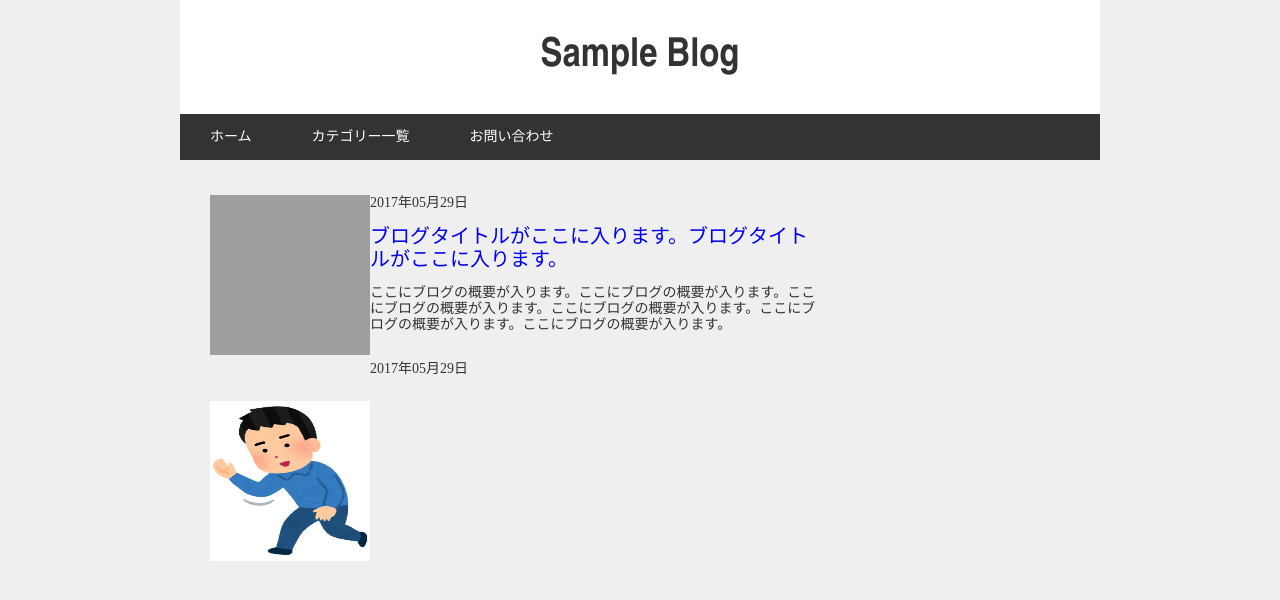
Repository: KogawaLink/-html
Page: html/ouyou/index.html
The author's editor kept a record of every edit. The page is drawn from the files as they stood at one moment, then again after the next edit.
The browser window is 1280 px wide. The pictures show the whole page.
Pictures or frames that could not be fetched are drawn as grey boxes.

Above is the page before.

After the next edit:
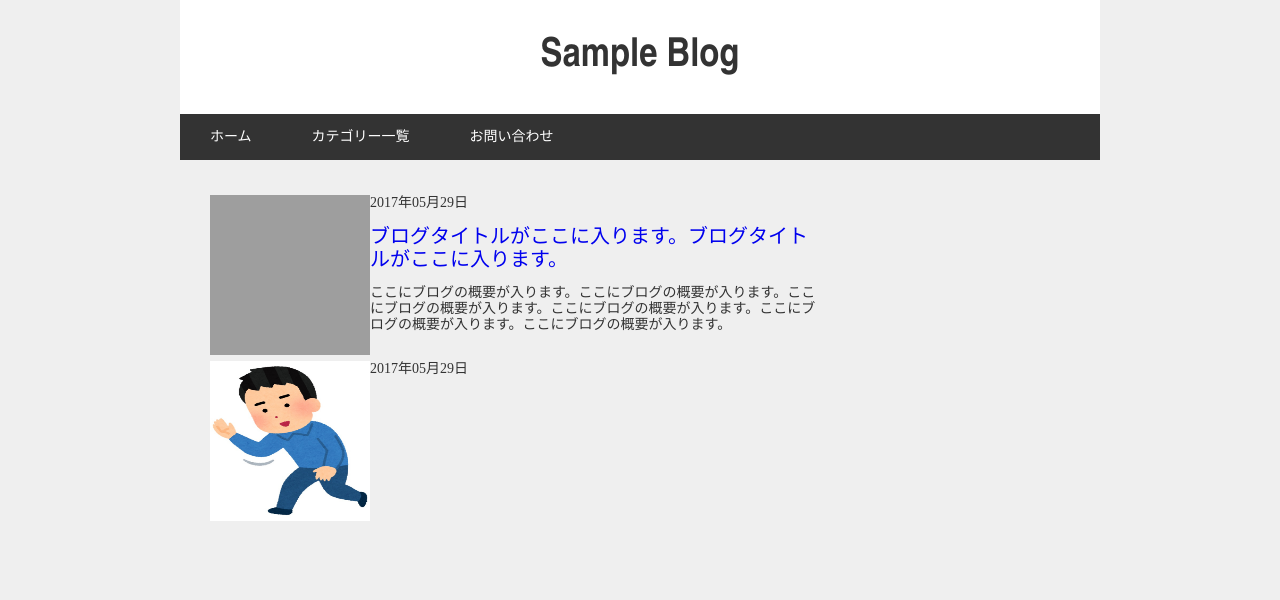
The edit:
--- a/html/ouyou/style.css
+++ b/html/ouyou/style.css
@@ -98,7 +98,6 @@
   display: block;
   width: 160px;
   height: 160px;
-  margin: 40px 0 0 0;
 }
 
 .hiduke2 {

After the 2 edits that followed:
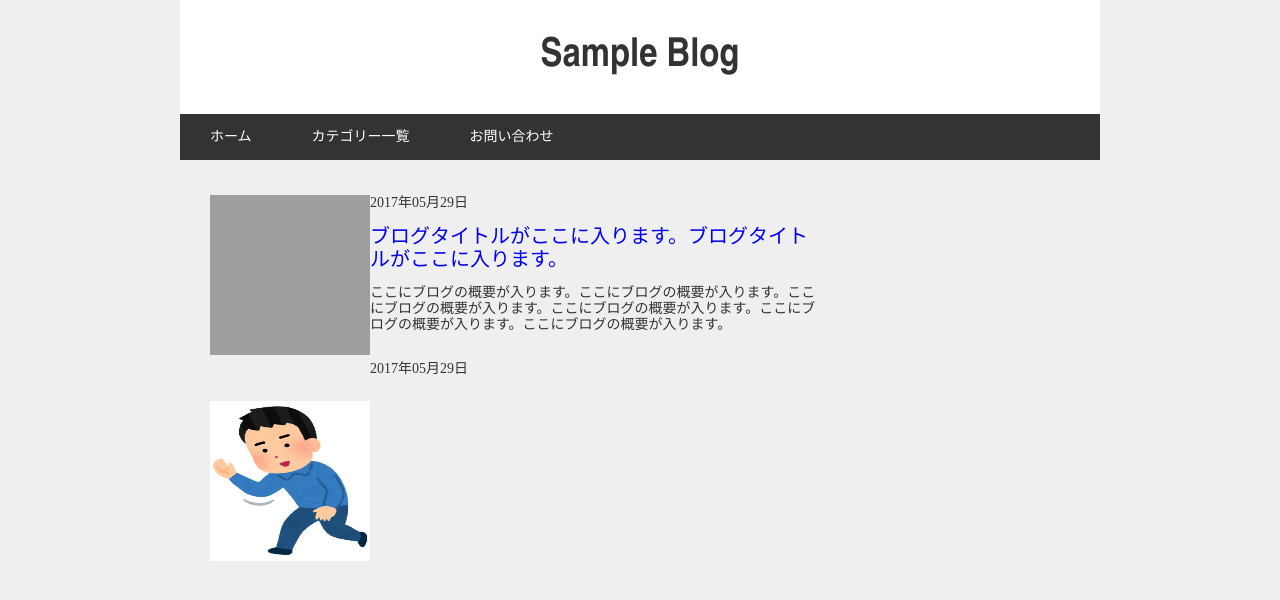
The 2 edits are shown as one change because 1 left the picture as it was.
The edit:
--- a/html/ouyou/style.css
+++ b/html/ouyou/style.css
@@ -98,9 +98,11 @@
   display: block;
   width: 160px;
   height: 160px;
+  margin: 40px 0 0 0;
 }
 
 .hiduke2 {
   display: inline-block;
   margin: 0 0 0 8px;
+  vertical-align: top;
 }
